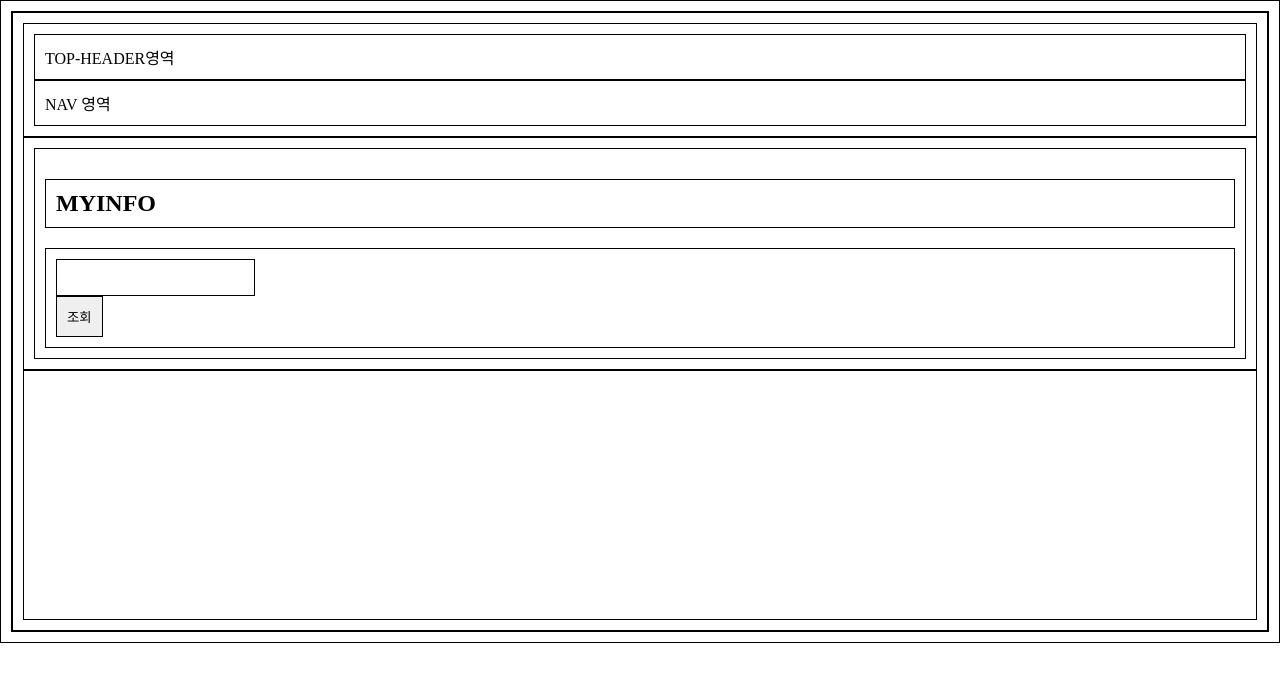
Repository: Leehj9094/JAVA_BOOK-
Page: http://localhost/01JSP/C04/myinfo_form.jsp
These files come from the project's save history. The page is drawn as it stood at one moment and after the next save; the edit follows.
The browser window is 1280 px wide. The pictures show the whole page.
The page is served by Tomcat 9.

Above is the page before, as saved 2025-04-03 00:47:48.

After the next save:
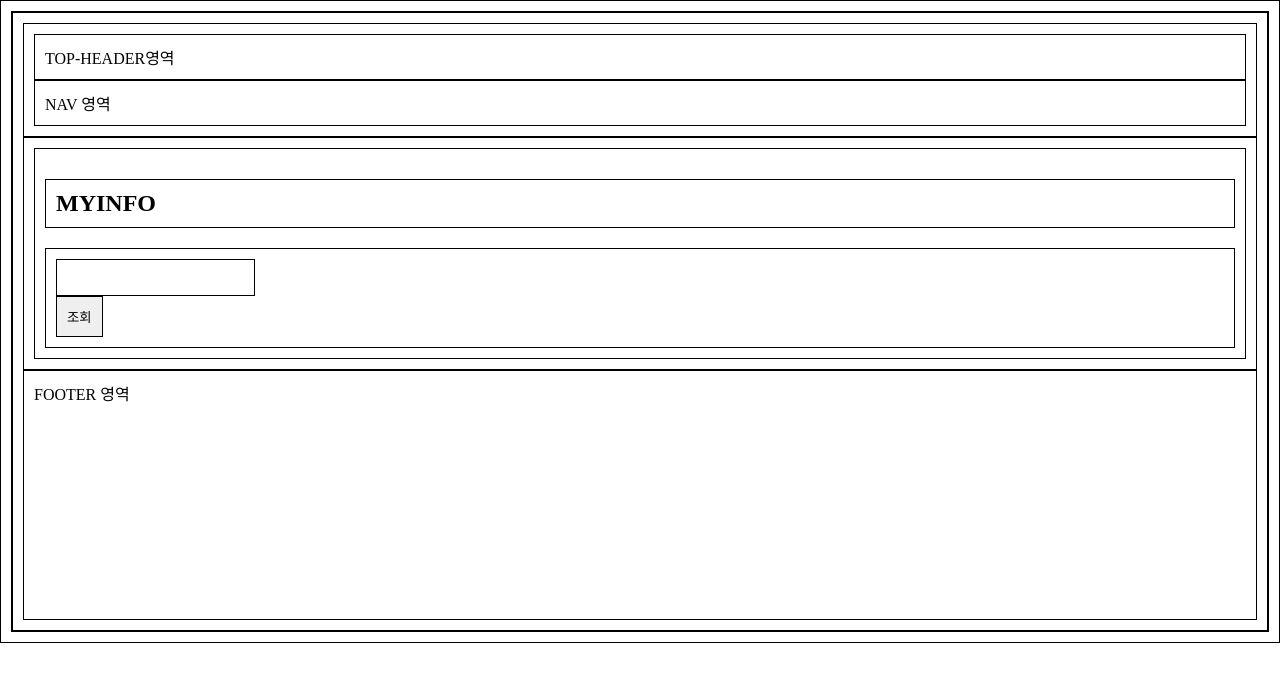
Saved 43 s later.
--- a/JSP/01JSP/src/main/webapp/C04/myinfo_form.jsp
+++ b/JSP/01JSP/src/main/webapp/C04/myinfo_form.jsp
@@ -6,18 +6,56 @@
 <meta charset="UTF-8">
 <title>Insert title here</title>
 <style>
-	:root{}
-	*{box-sizing:border-box; padding:10px; border:1px solid;}
-	a{}
-	ul{}
-	body{padding:0; margin:0;}
-	.wrapper{height:100%;}
-	.wrapper>header{min-height:100px;}
-	.wrapper>header>.top-header{min-height:25px;}
-	.wrapper>header>.nav{min-height:75px;}
-	.wrapper>main{min-height:calc(100vh - 100px -250px);}
-	.wrapper>main>section{}
-	.wrapper>footer{min-height:250px;}
+:root {
+
+}
+
+* {
+	box-sizing: border-box;
+	padding: 10px;
+	border: 1px solid;
+}
+
+a {
+
+}
+
+ul {
+
+}
+
+body {
+	padding: 0;
+	margin: 0;
+}
+
+.wrapper {
+	height: 100%;
+}
+
+.wrapper>header {
+	min-height: 100px;
+}
+
+.wrapper>header>.top-header {
+	min-height: 25px;
+}
+
+.wrapper>header>.nav {
+	min-height: 75px;
+}
+
+.wrapper>main {
+	min-height: calc(100vh - 100px -250px);
+}
+
+.wrapper>main>section {
+
+}
+
+.wrapper>footer {
+	min-height: 250px;
+}
 </style>
 </head>
 <body>
@@ -48,8 +86,8 @@
 				</form>
 			</section>
 		</main>
-		<footer>
-
-		</footer>
+		<!-- footer insert 지시자 이용해서 가져오기 -->
+		<%@include file="./layouts/Footer.jsp" %>
+	</div>
 </body>
 </html>
